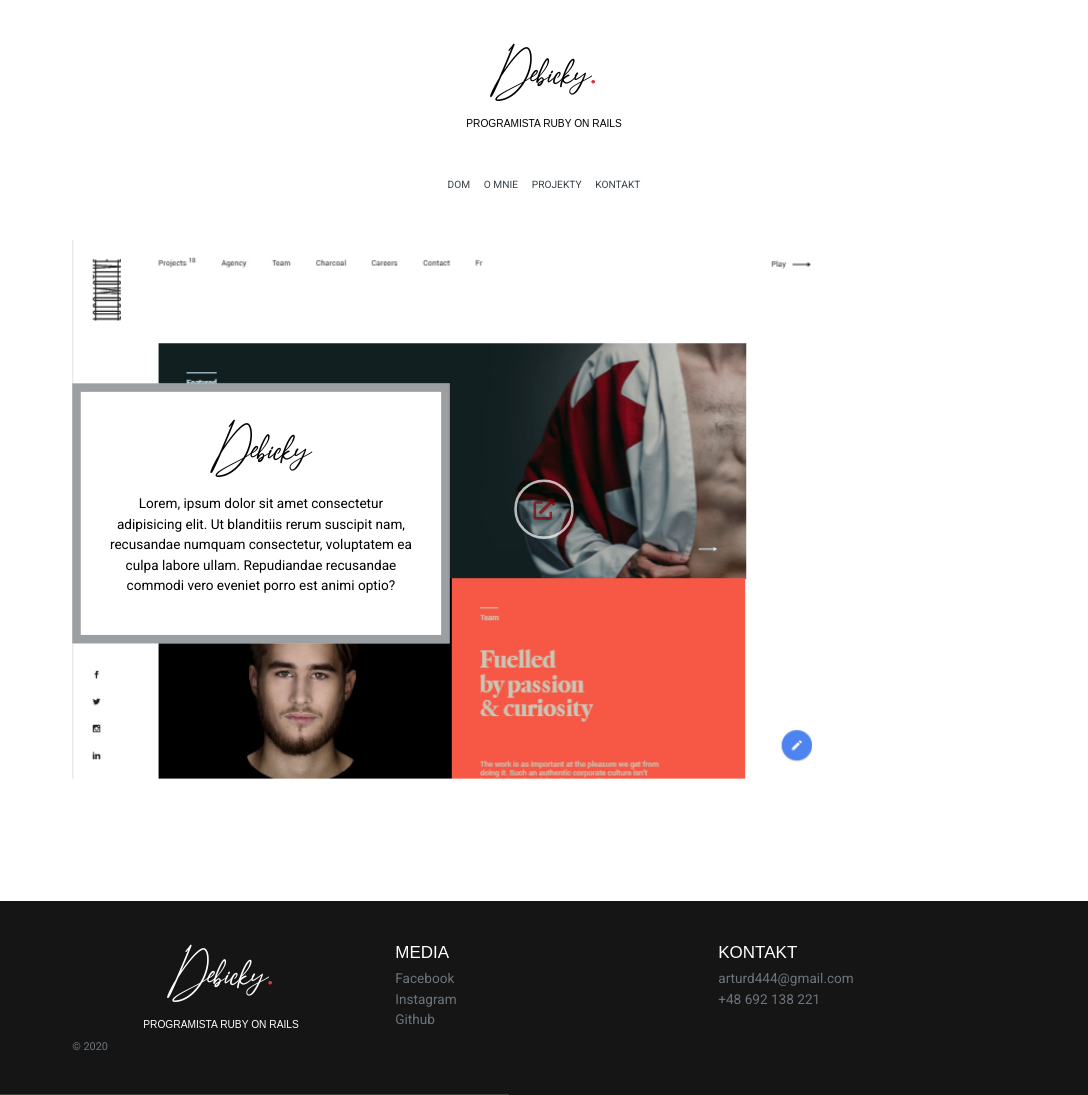
Repository: debicky/debicky.github.io
Page: index.html
The author's editor kept a copy of each file at every save. The page is drawn from the files as they stood at one save, then again after a run of saves.
The browser window is 1280 px wide. The pictures show the whole page, at 85% of full size.
The pointer rests on the first visible `.about-image img`.
Some web fonts or font styles are not loaded; a fallback is used. Some web libraries are served in a nearby version.

Above is the page before, as saved 2020-06-10 11:10:30.

### index.html
<!DOCTYPE html>
<html lang="en">
<head>
  <meta charset="UTF-8">
  <meta name="viewport" content="width=device-width, initial-scale=1.0">
  <title>Debicky</title>
  <link rel="stylesheet" href="https://stackpath.bootstrapcdn.com/bootstrap/4.5.0/css/bootstrap.min.css" integrity="sha384-9aIt2nRpC12Uk9gS9baDl411NQApFmC26EwAOH8WgZl5MYYxFfc+NcPb1dKGj7Sk" crossorigin="anonymous">
  <link rel="stylesheet" href="https://cdnjs.cloudflare.com/ajax/libs/font-awesome/5.11.2/css/all.min.css">
  <link rel="stylesheet" href="styles.css">
</head>
<body>


  <header>
    <a href="index.html">
      <div class="signature">
        <h5 class="signature-heading">Debicky<span class="text-danger font-weight-bolder">.</span></h5>
        <h3 class="signature-subhead">Programista Ruby on Rails</h3>
      </div>
    </a>
  </header>

  <div class="container">
    <nav class="navbar navbar-expand-md p-0">
      <button class="navbar-toggler" type="button" data-toggle="collapse" data-target="#navbarSupportedContent" aria-controls="navbarSupportedContent" aria-expanded="false" aria-label="Toggle navigation">
        <i class="fas fa-bars"></i>
        <i class="fas fa-times"></i>
      </button>

      <div class="collapse navbar-collapse d-md-flex justify-content-center" id="navbarSupportedContent">
        <ul class="navbar-nav">
          <li class="nav-item active">
            <a class="nav-link" href="index.html">Dom</a>
          </li>
          <li class="nav-item">
            <a class="nav-link" href="#">O mnie</a>
          </li>
          <li class="nav-item">
            <a class="nav-link" href="#">Projekty</a>
          </li>
          <li class="nav-item">
            <a class="nav-link" href="#">Kontakt</a>
          </li>
        </ul>
      </div>
    </nav>
  </div>

  <section class="about py-5">
    <div class="container">
      <div class="about-content">
        <div class="about-description">
          <div class="signature">
            <h5 class="signature-heading">Debicky</h5>
            <p>Lorem, ipsum dolor sit amet consectetur adipisicing elit. Ut blanditiis rerum suscipit nam, recusandae numquam consectetur, voluptatem ea culpa labore ullam. Repudiandae recusandae commodi vero eveniet porro est animi optio?</p>
          </div>
        </div>
        <div class="about-image">
          <a href="/images/1.jpeg">
            <img src="/images/2.jpeg" alt="img1">
          </a>
        </div>
      </div>
    </div>
  </section>


  <section class="projects py-5">


  </section>


  <footer class="py-5">
    <div class="container">
      <div class="row">
        <div class="col-12 col-md-5 col-lg-4 mb-5 mb-md-0">
          <a href="index.html">
            <div class="signature">
              <h5 class="signature-heading">Debicky<span class="text-danger font-weight-bolder">.</span></h5>
              <h3 class="signature-subhead">Programista Ruby on Rails</h3>
            </div>
          </a>
          <small class="d-block mt-2 text-muted">&copy; 2020</small>
        </div>
        <div class="col-12 col-md-5 col-lg-4 mb-5 mb-md-0">
          <h5 class="text-uppercase">Media</h5>
          <ul class="list-unstyled mb-0">
            <li>
              <a href="https://www.facebook.com/artur.debicki.5" class="text-muted">Facebook</a>
            </li>
            <li>
              <a href="https://www.instagram.com/debicky" class="text-muted">Instagram</a>
            </li>
            <li>
              <a href="https://github.com/debicky" class="text-muted">Github</a>
            </li>
          </ul>
        </div>
        <div class="col-12 col-md-5 col-lg-4">
          <h5 class="text-uppercase">Kontakt</h5>
              <ul class="list-unstyled text-small mb-0">
                <li>
                  <a href="mailto:arturd444@gmail.com" class="text-muted">arturd444@gmail.com</a>
                </li>
                <li>
                  <p class="text-muted">+48 692 138 221</p>
                </li>
              </ul>
        </div>
      </div>
    </div>
  </footer>



  <script src="https://code.jquery.com/jquery-3.5.1.slim.min.js" integrity="sha384-DfXdz2htPH0lsSSs5nCTpuj/zy4C+OGpamoFVy38MVBnE+IbbVYUew+OrCXaRkfj" crossorigin="anonymous"></script>
  <script src="https://cdn.jsdelivr.net/npm/popper.js@1.16.0/dist/umd/popper.min.js" integrity="sha384-Q6E9RHvbIyZFJoft+2mJbHaEWldlvI9IOYy5n3zV9zzTtmI3UksdQRVvoxMfooAo" crossorigin="anonymous"></script>
  <script src="https://stackpath.bootstrapcdn.com/bootstrap/4.5.0/js/bootstrap.min.js" integrity="sha384-OgVRvuATP1z7JjHLkuOU7Xw704+h835Lr+6QL9UvYjZE3Ipu6Tp75j7Bh/kR0JKI" crossorigin="anonymous"></script>
  <script src="script.js"></script>

</body>
</html>

### styles.css
@import url('https://fonts.googleapis.com/css?family=Playfair+Display+SC|Roboto:300,400&display=swap');

@font-face {
  font-family: "AmostelySignature";
  src: url("/fonts/AmostelySignature.ttf");
  }

body, html {
  font-family: "Roboto", sans-serif;
}

a:hover {
  text-decoration: none;;
}

/* Heading & nav  */

header{
  height: 200px;
  width: 100%;
  display: flex;
  align-items: center;
  justify-content: center;
}

.signature{
  color: black;
  text-align: center;
  user-select: none;
}

.signature-heading{
  font-family: 'AmostelySignature', cursive;
  font-size: 50px;
  margin-bottom: 30px;
}

.signature-subhead{
  font-family: 'Playfair Display SC', sans-serif;
  font-size: 12px;
  text-transform: uppercase;
  margin-bottom: 0;
}

.navbar{
  background-color: #384147;
}

.navbar-toggler i{
  color: #fff;
  font-size: 25px;
}

.navbar-toggler .fa-times{
  display: none;
}

.navbar-toggler.menu-open  .fa-bars{
  display: none;
}

.navbar-toggler.menu-open  .fa-times{
  display: block;
}

.navbar-nav{
  padding: 20px;
}

.nav-link{
  color: #fff;
  text-transform: uppercase;
  transition: opacity .5s;
  font-size: 12px;
}

.nav-link:hover{
  color: maroon;
}

/* About */

.about-content{
  display: flex;
  flex-direction: column;
}

.about-description{
  width: 100%;
  background-color: #fff;
  padding: 40px;
  outline: 5px solid rgba(56, 65, 71, 0.5);
  outline-offset: -5px;
  order: 2;
  margin-top: 5px;
}

.about-image{
  order: 1;
}

.about-image img{
  width: 100%;
  height: auto;
  display: block;
}
.about-image img:hover{
  width: 100%;
  height: auto;
  display: block;
}

.about-image a::after{
  font-family: 'Font Awesome 5 Free';
  content: "\f35d";
  font-weight: 600;
  position: absolute;
  top: 50%;
  left: 50%;
  transform: translate(-50%, -50%);
  color: maroon;
  font-size: 25px;
  z-index: 101;
  width: 70px;
  height: 70px;
  border: 3px solid #fff;
  border-radius: 100%;
  display: flex;
  align-items: center;
  justify-content: center;
  opacity: 0;
  transition: opacity .5s;
}

.about-image a:hover::after{
  opacity: .7;
}

/* Footer */

footer {
  background-color: #151515;
}

footer h5, footer h3{
  color: #fff;
  font-family: 'Playfair Display SC', sans-serif;
}

a.text-muted:hover{
  color: maroon !important;
}

@media screen and (min-width: 768px) {
  .navbar{
    background-color: transparent;
  }
  .navbar-nav{
    padding: 0;
  }
  .nav-link{
    color: #384147;
  }

  nav:hover .nav-link:not(:hover){
    opacity: .5;
  }

  .about-content{
    position: relative;
    display: block;
  }

  .about-description{
    position: absolute;
    top: 80%;
    transform: translateY(-50%);
    width: 60%;
    outline-offset: -10px;
  }

  .about-image img{
    width: 70%;
    margin-left: auto;
  }
}

@media screen and (min-width: 1200px) {
  .about-description{
    top: 50%;
    width: 40%;
    outline: 10px solid rgba(56, 65, 71, 0.5);
    offset: -20px;
  }

  .about-image{
    width: 80%;
  }
}

### script.js
$('.navbar-toggler').on('click', function () {
  $(this).toggleClass('menu-open')
})

After the next 3 saves:
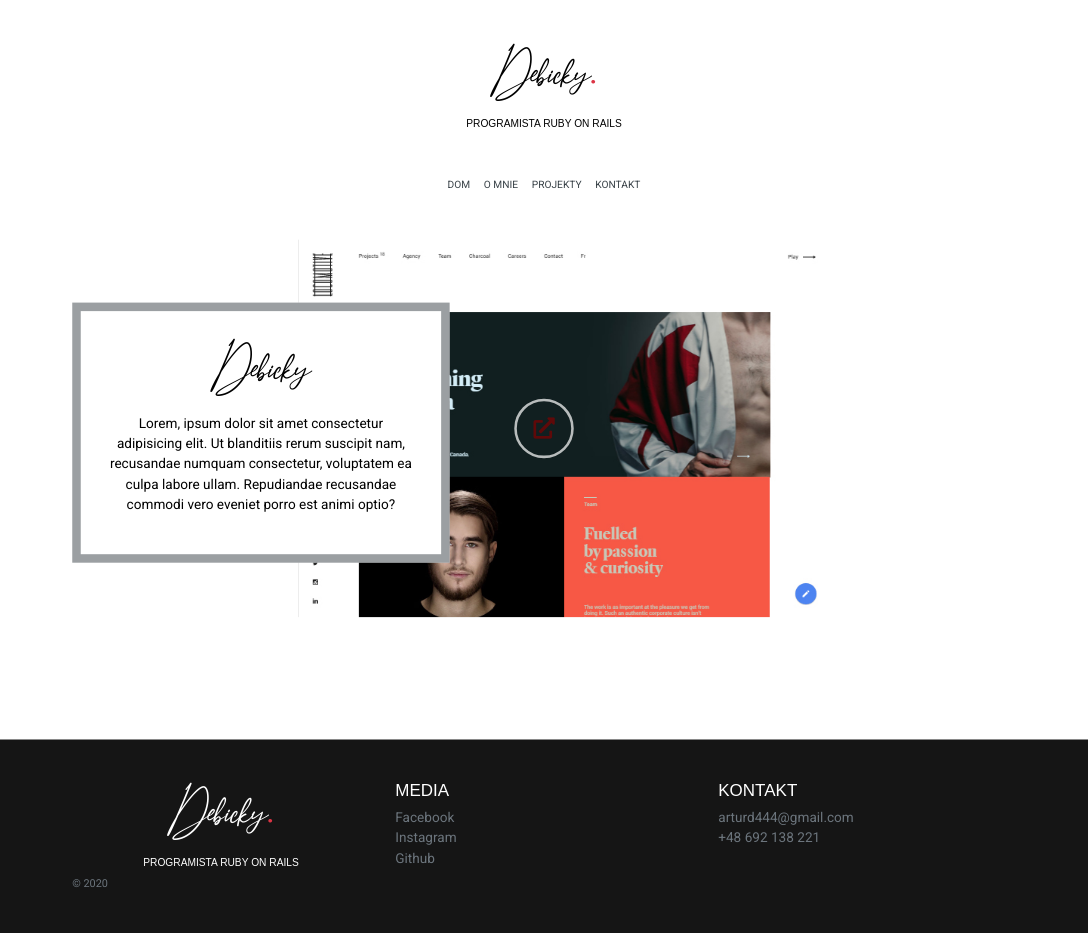
The 3 saves are shown as one change because they came seconds apart.
The last was saved 7 s later.
--- a/styles.css
+++ b/styles.css
@@ -105,9 +105,7 @@ header{
   display: block;
 }
 .about-image img:hover{
-  width: 100%;
-  height: auto;
-  display: block;
+  z-index: 100;
 }
 
 .about-image a::after{
